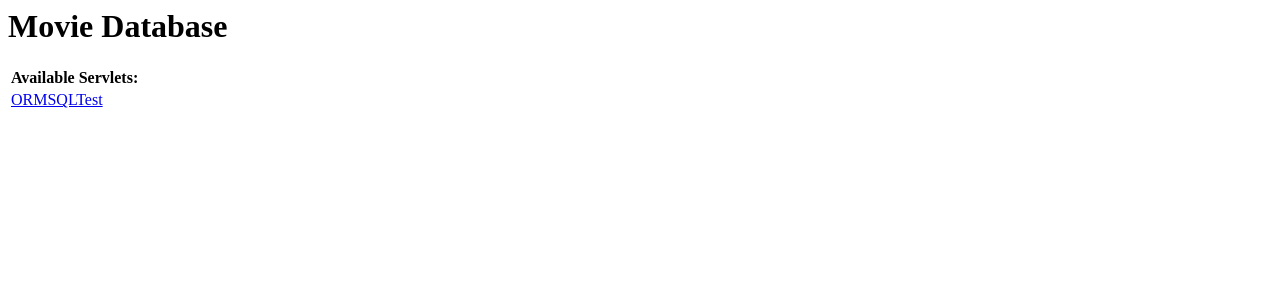
Repository: ndonnelly7/clinic-web-app
Page: Web App/ORMSQLTest/war/index.html
These files come from the project's save history. The page is drawn as it stood at one moment and after the next save; the edit follows.
The browser window is 1280 px wide. The pictures show the whole page.

Above is the page before, as saved 2014-01-10 10:39:12.

### Web App/ORMSQLTest/war/index.html
<!DOCTYPE HTML PUBLIC "-//W3C//DTD HTML 4.01 Transitional//EN">
<!-- The HTML 4.01 Transitional DOCTYPE declaration-->
<!-- above set at the top of the file will set     -->
<!-- the browser's rendering engine into           -->
<!-- "Quirks Mode". Replacing this declaration     -->
<!-- with a "Standards Mode" doctype is supported, -->
<!-- but may lead to some differences in layout.   -->

<html>
  <head>
    <meta http-equiv="content-type" content="text/html; charset=UTF-8">
    <title>Movie Database</title>
  </head>

  <body>
    <h1>Movie Database</h1>

    <table>
      <tr>
        <td colspan="2" style="font-weight:bold;">Available Servlets:</td>
      </tr>
      <tr>
        <td><a href="ormsqltest">ORMSQLTest</a></td>
      </tr>
    </table>
  </body>
</html>

After the next save:
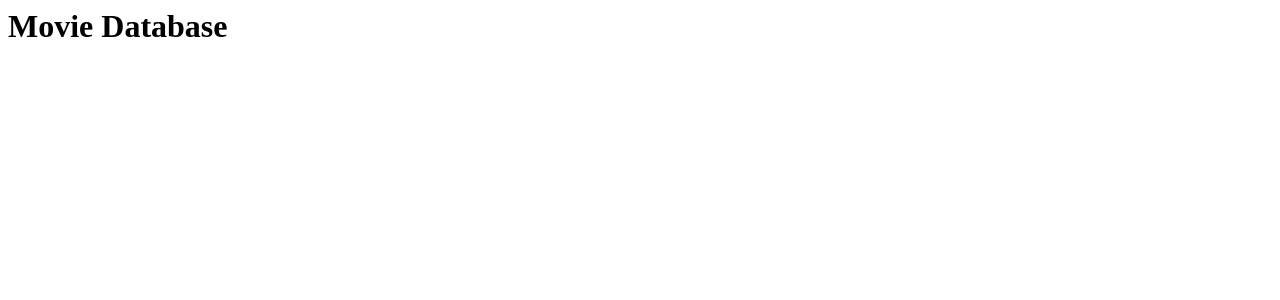
Saved 7 s later.
--- a/Web App/ORMSQLTest/war/index.html
+++ b/Web App/ORMSQLTest/war/index.html
@@ -15,13 +15,6 @@
   <body>
     <h1>Movie Database</h1>
 
-    <table>
-      <tr>
-        <td colspan="2" style="font-weight:bold;">Available Servlets:</td>
-      </tr>
-      <tr>
-        <td><a href="ormsqltest">ORMSQLTest</a></td>
-      </tr>
-    </table>
+
   </body>
 </html>
